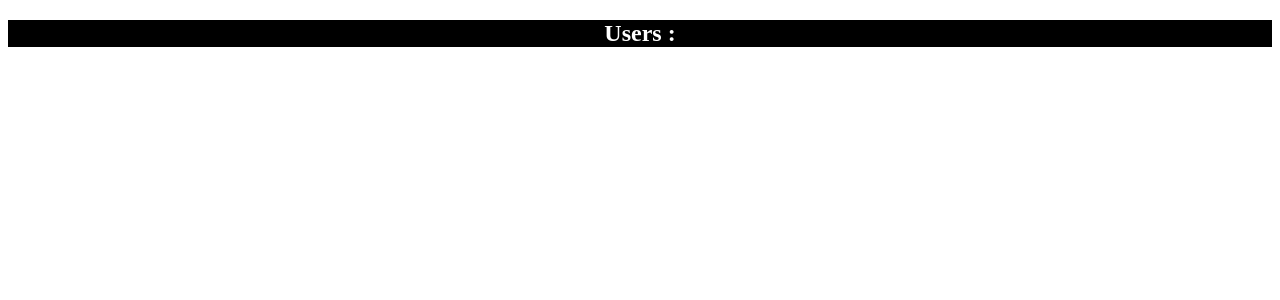
Repository: KrishnaDV/Angular_SPA
Page: Angular/WebContent/ListGitHubUsers.html
These files come from the project's save history. The page is drawn as it stood at one moment and after the next save; the edit follows.
The browser window is 1280 px wide. The pictures show the whole page.
Some web libraries are served in a nearby version.

Above is the page before, as saved 2017-05-16 21:07:50.

After the next save:
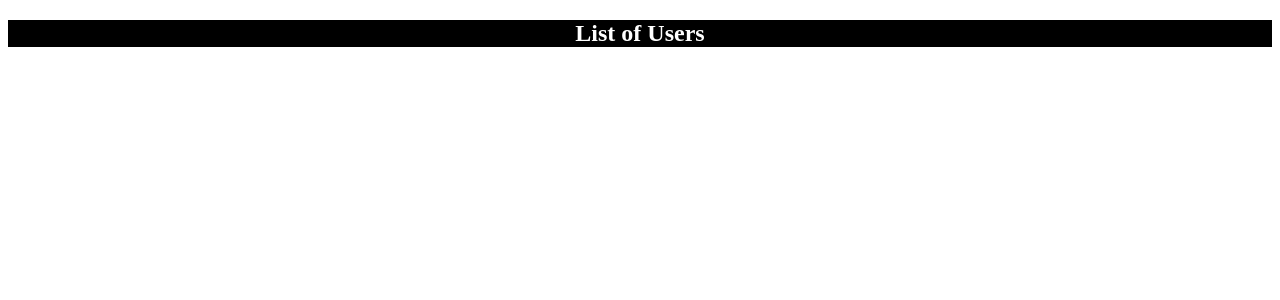
Saved 35 s later.
--- a/Angular/WebContent/ListGitHubUsers.html
+++ b/Angular/WebContent/ListGitHubUsers.html
@@ -23,7 +23,7 @@
 
 	<div ng-controller = "ctrl1">
 
-	<h2>Users :</h2>
+	<h2>List of Users</h2>
 
 	<div ng-repeat = "user in users">
 
